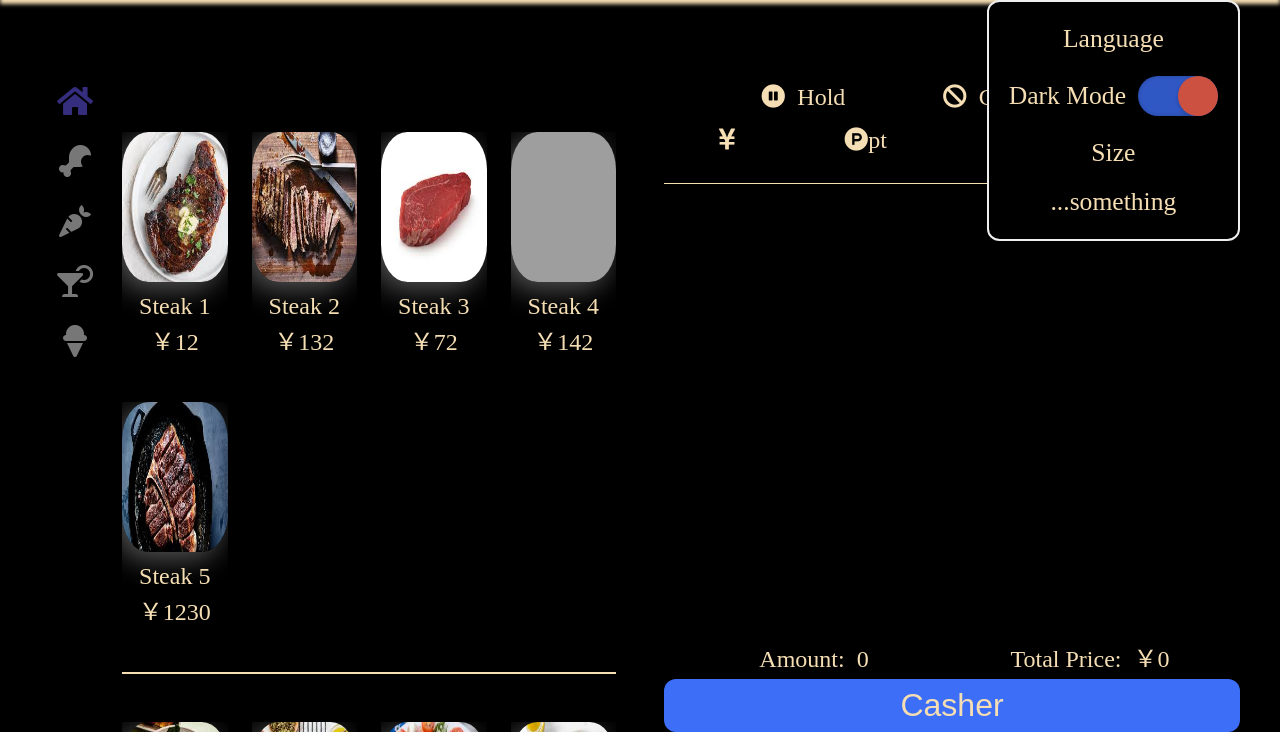
Repository: vuhungson158/Menu
Page: /, after clicking the first element matching `div.setting-icon`
These files come from the project's save history. The page is drawn as it stood at one moment and after the next save; the edit follows.
The browser window is 1280 px wide. The pictures show the whole page.
Pictures or frames that could not be fetched are drawn as grey boxes. An inner scrolling area shows only its first screen. The project was rebuilt for these pictures with package versions that can differ from the ones it lists, and the page was loaded fresh each time. Also part of the build but not shown: src/component/mainMenu/orderBlock/orderContent/OrderedItem.jsx, src/redux-store/actions/HoldActions.jsx, src/component/mainMenu/orderBlock/utilities/HoldItem.jsx.

Above is the page before, as saved 2021-08-22 19:43:41.

After the next save:
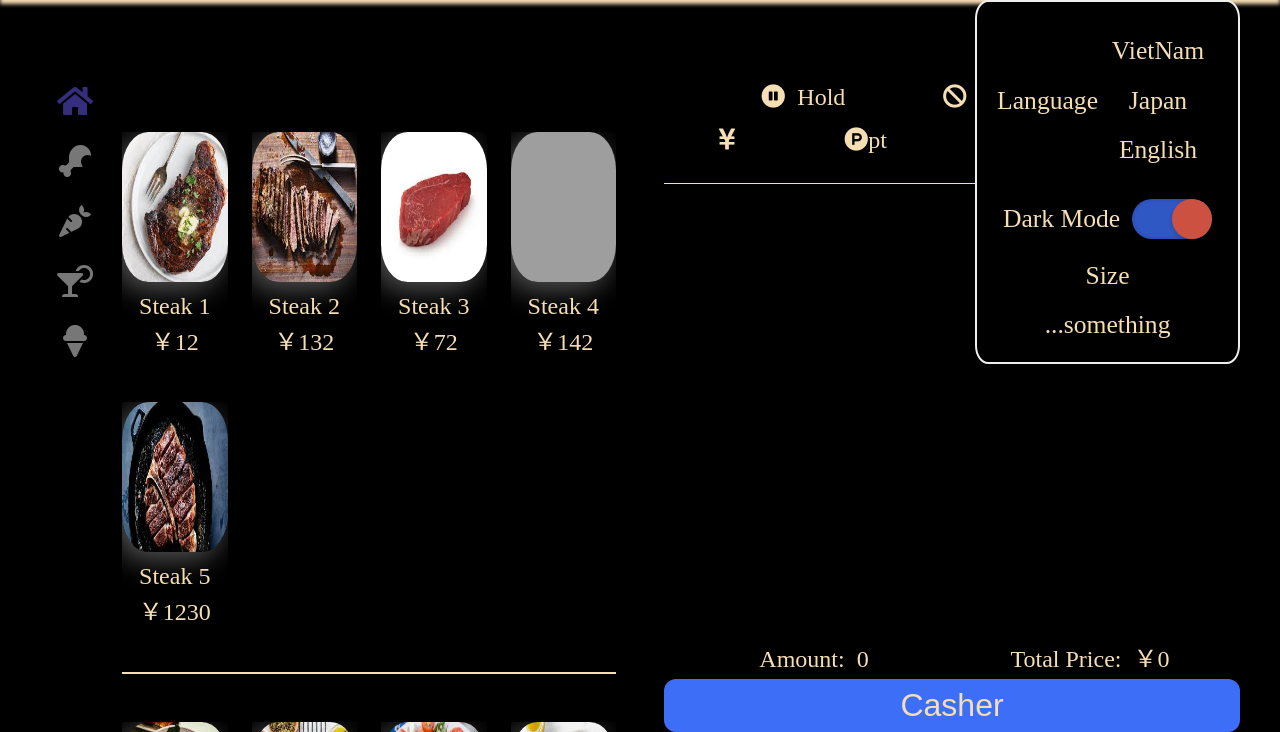
Saved 18 s later.
--- a/src/component/navbar/index.jsx
+++ b/src/component/navbar/index.jsx
@@ -42,7 +42,9 @@ const Navbar = ({ theme, switchMode }) => {
                             <li>
                                 Language
                                 <ul className="language-menu">
-
+                                    <li>VietNam</li>
+                                    <li>Japan</li>
+                                    <li>English</li>
                                 </ul>
                             </li>
                             <li>
